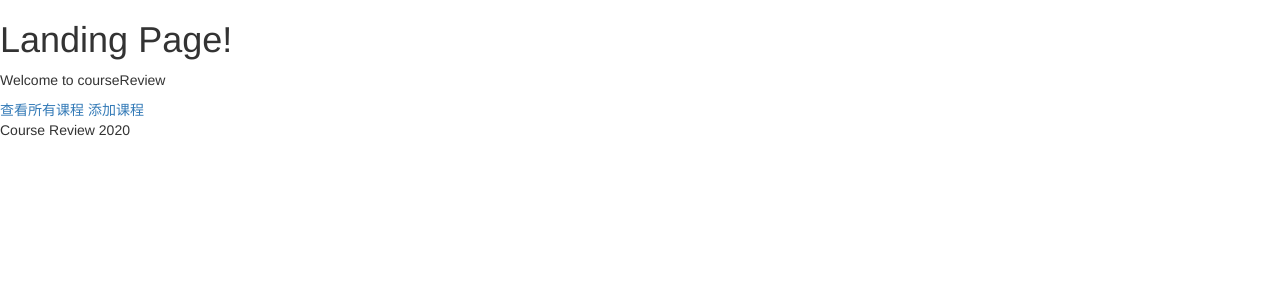
Repository: codewangg/CourseReview
Page: http://localhost/
An editor plug-in stored every save of this project. The page is shown before and after the next save, followed by the edit.
The browser window is 1280 px wide. The pictures show the whole page.
The page is served by the project's Node server (app.js).

Above is the page before, as saved 2020-08-15 18:40:03.

### views/landing.ejs
<%- include('partials/header')%>
<h1> Landing Page!</h1>
<p> Welcome to courseReview</p>

<a href="/courses">查看所有课程</a>
<a href="/courses/new">添加课程</a>

<%- include('partials/footer')%>

### views/partials/header.ejs
<!DOCTYPE html>
<html>
    <head>
        <title>CourseReview</title>
        <link rel="stylesheet" href="https://stackpath.bootstrapcdn.com/bootstrap/3.4.1/css/bootstrap.min.css" integrity="sha384-HSMxcRTRxnN+Bdg0JdbxYKrThecOKuH5zCYotlSAcp1+c8xmyTe9GYg1l9a69psu" crossorigin="anonymous">
    </head>
    <body>

### views/partials/footer.ejs
    <p>Course Review 2020</p>
    </body>
</html>

### app.js
const express = require("express");
const app = express();
const bodyParser = require("body-parser");

app.use(bodyParser.urlencoded({extended: true}));
app.set('view engine', "ejs");

app.get("/", (req, res) => {
    res.render("landing");
});

    var courses = [
        {name: "mlp", image:"https://images.pexels.com/photos/1108099/pexels-photo-1108099.jpeg?auto=compress&cs=tinysrgb&dpr=1&w=500"},
        {name: "mlp", image:"https://encrypted-tbn0.gstatic.com/images?q=tbn%3AANd9GcT-NC1h3PdhKKSTUu0S-Y6QtGSz1PWCNL4MXA&usqp=CAU"},
        {name: "mlp", image:"https://encrypted-tbn0.gstatic.com/images?q=tbn%3AANd9GcT-NC1h3PdhKKSTUu0S-Y6QtGSz1PWCNL4MXA&usqp=CAU"},
        {name: "mlp", image:"https://encrypted-tbn0.gstatic.com/images?q=tbn%3AANd9GcT-NC1h3PdhKKSTUu0S-Y6QtGSz1PWCNL4MXA&usqp=CAU"},
        {name: "mlp", image:"https://encrypted-tbn0.gstatic.com/images?q=tbn%3AANd9GcT-NC1h3PdhKKSTUu0S-Y6QtGSz1PWCNL4MXA&usqp=CAU"},
        {name: "mlpr", image:"https://encrypted-tbn0.gstatic.com/images?q=tbn%3AANd9GcSGI0qdCZ_bsxabXEma4kZT2N8-lln603NiPA&usqp=CAU"}
    ]

app.get("/courses", (req, res)=>{


    res.render("courses",{courses:courses});
});

app.post("/courses", (req, res)=>{
    var name = req.body.name;
    var image = req.body.image;
    var newcourse = {name: name, image: image}
    courses.push(newcourse);
    res.redirect("/courses");
});

app.get("/courses/new", (req, res)=>{
    res.render("new.ejs");
});

//process.env.PORT process.env.IP
app.listen(3000, 'localhost', function(){
    console.log("server has started!");
    //console.log(process.env.PORT);
});

After the next save:
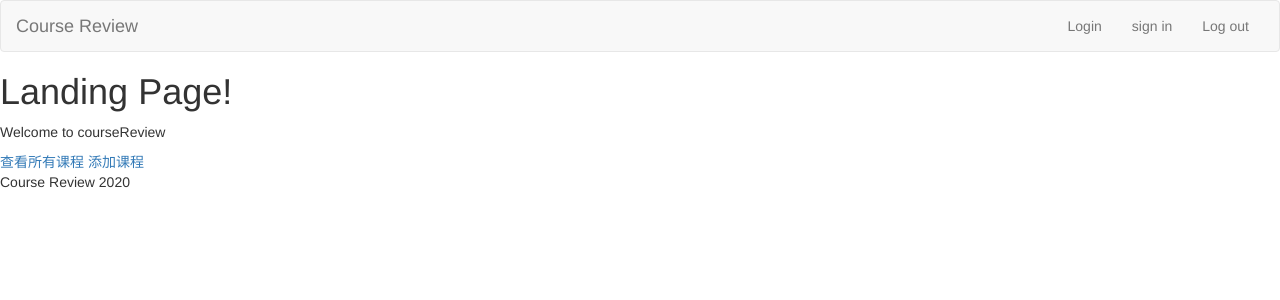
Saved 80 s later.
--- a/views/partials/header.ejs
+++ b/views/partials/header.ejs
@@ -5,3 +5,18 @@
         <link rel="stylesheet" href="https://stackpath.bootstrapcdn.com/bootstrap/3.4.1/css/bootstrap.min.css" integrity="sha384-HSMxcRTRxnN+Bdg0JdbxYKrThecOKuH5zCYotlSAcp1+c8xmyTe9GYg1l9a69psu" crossorigin="anonymous">
     </head>
     <body>
+    <nav class="navbar navbar-default">
+        <div class="container-fluid">
+            <div class="navbar-header">
+                <a class="navbar-brand" href="/">Course Review</a>
+            </div>
+            <div class="collapse navbar-collapse">
+                <ul class="nav navbar-nav navbar-right">
+                    <li><a href="/">Login</a></li>
+                    <li><a href="/">sign in</a></li>
+                    <li><a href="/">Log out</a></li>
+                </ul>
+
+            </div>
+        </div>
+    </nav>
